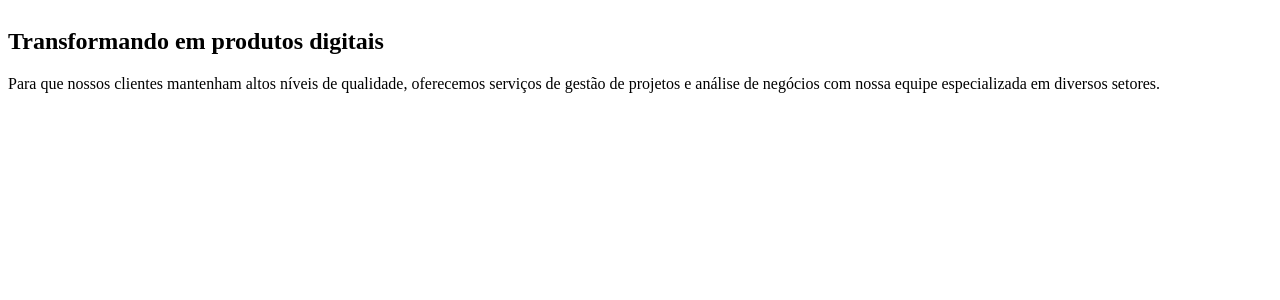
Repository: kleber-goncalves/Landing-Page-Gestao-de-projetos-dnc
Page: index.html
An editor plug-in stored every save of this project. The page is shown before and after a run of saves, followed by the edit.
The browser window is 1280 px wide. The pictures show the whole page.

Above is the page before, as saved 2025-01-04 14:36:11.

After the next 5 saves:
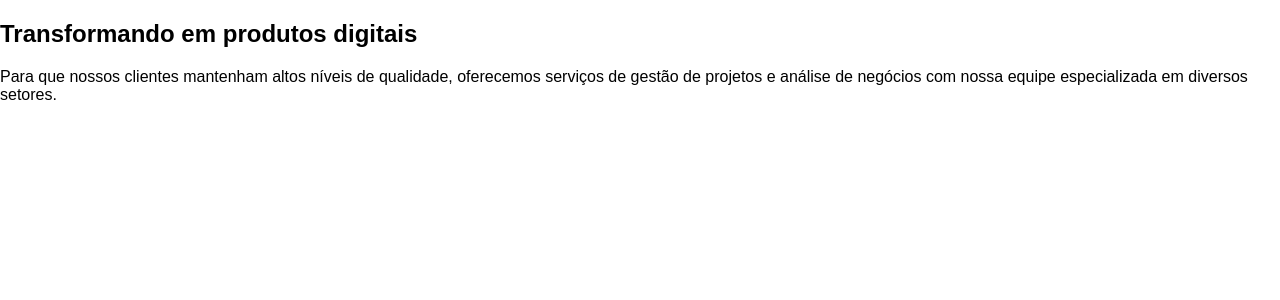
The 5 saves are shown as one change because they came seconds apart.
The last was saved 41 s later.
--- a/style.css
+++ b/style.css
@@ -1,3 +1,10 @@
+body {
+    margin: 0;
+    font-family: 'Manrope', sans-serif;
+    font-size: 100%;
+    box-sizing: border-box;
+}
+
 #topo {
     display:flex ;
     flex-direction: row;
